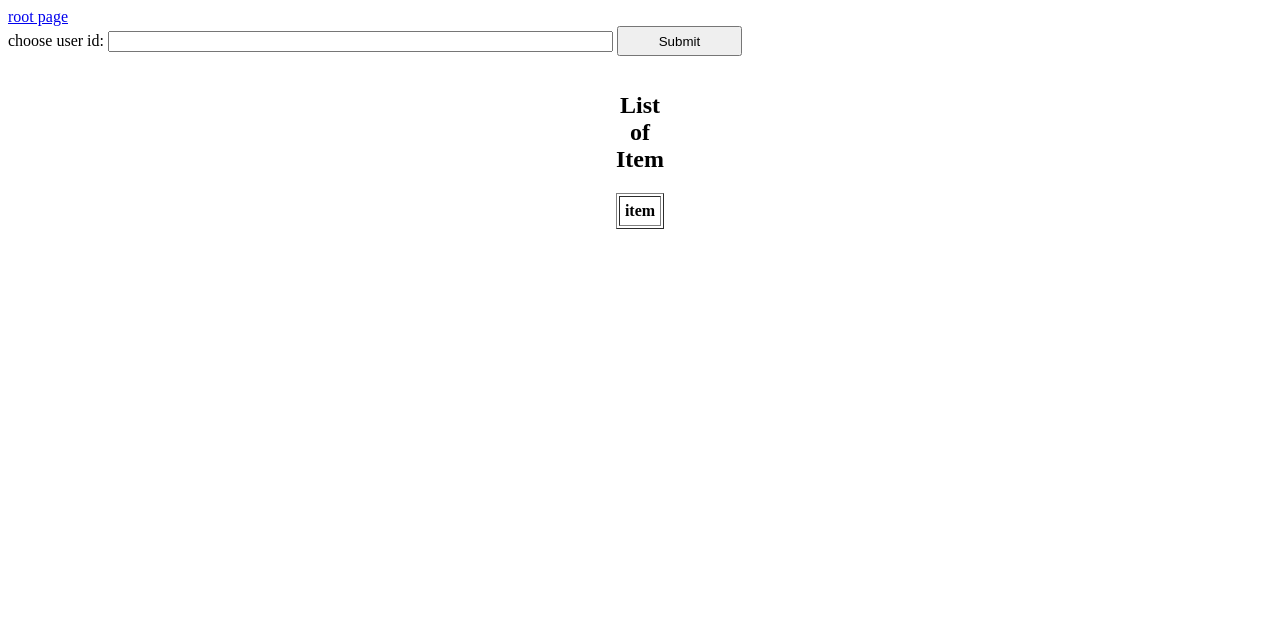
Repository: HamdanM/DatabaseProject
Page: http://localhost/DB3/Displaynum6.jsp
These files come from the project's save history. The page is drawn as it stood at one moment and after the next save; the edit follows.
The browser window is 1280 px wide. The pictures show the whole page.
The page is served by Tomcat 9. Nobody is signed in. The application's start-up code is not run. Other server files are loaded and not shown.

Above is the page before, as saved 2019-07-27 23:15:55.

### DB3/WebContent/Displaynum6.jsp
<%@ page language="java" contentType="text/html; charset=ISO-8859-1"
    pageEncoding="ISO-8859-1"%>
  <%@ taglib prefix="c" uri="http://java.sun.com/jsp/jstl/core" %>
<!DOCTYPE html PUBLIC "-//W3C//DTD HTML 4.01 Transitional//EN" "http://www.w3.org/TR/html4/loose.dtd">
<html>
<head>
<meta charset="UTF-8">
<title>Online Store</title>
</head>
<body>

<a href="root.jsp">root page</a>

<form action="problemsix" method="post">
        <input type="hidden" name="action"" >
        <label>choose user id: <input
                    type="text" name="userid"
                    size="60" maxlength="70" />

          <input style="height:30px;width:125px" type="submit" name="submit" value="Submit" />

            </label></p>
 </form>



  <div align="center">
        <table border="1" cellpadding="5">
            <caption><h2>List of Item</h2></caption>
            <tr>

                <th>item</th>



            </tr>
            <c:forEach var="us" items="${usersList}">
                <tr>

                    <td><c:out value="${us.getUser_UserID()}" /></td>



                </tr>
            </c:forEach>
        </table>
    </div>

</body>
</html>

After the next save:
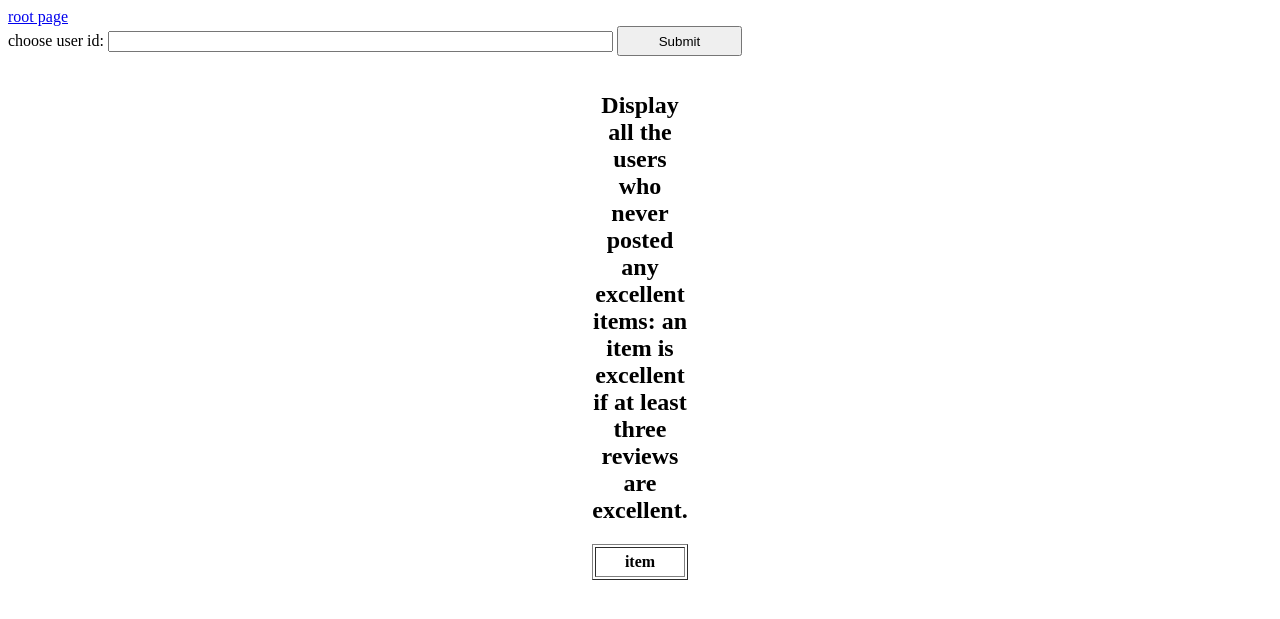
Saved 28 s later.
--- a/DB3/WebContent/Displaynum6.jsp
+++ b/DB3/WebContent/Displaynum6.jsp
@@ -26,7 +26,7 @@
 
   <div align="center">
         <table border="1" cellpadding="5">
-            <caption><h2>List of Item</h2></caption>
+            <caption><h2>Display all the users who never posted any excellent items: an item is excellent if at least three reviews are excellent. </h2></caption>
             <tr>
 
                 <th>item</th>
